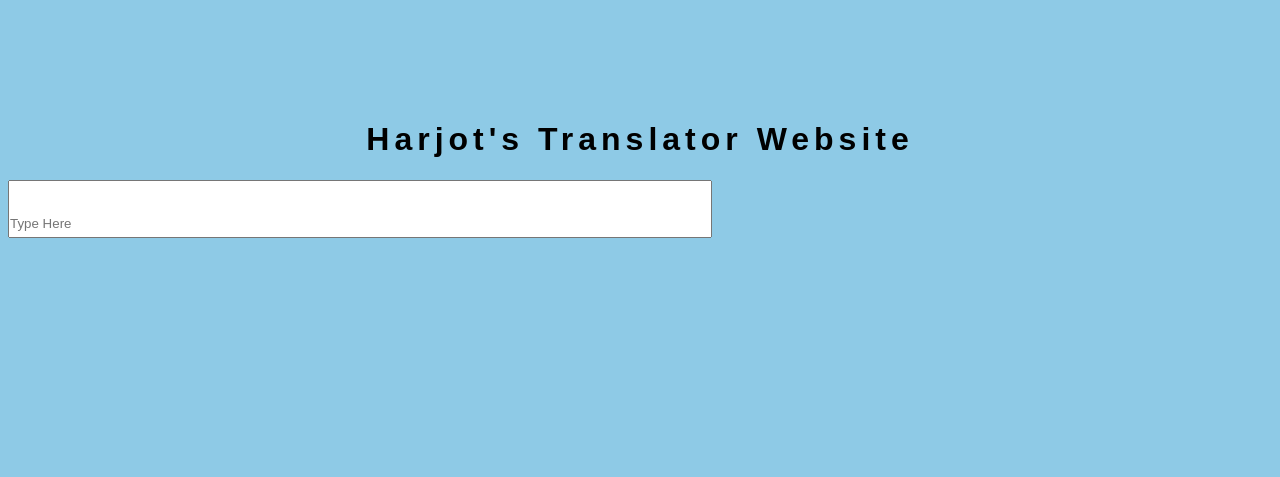
Repository: Harjot00/Pythonpractice
Page: Translator/homepage.html
An editor plug-in stored every save of this project. The page is shown before and after the next save, followed by the edit.
The browser window is 1280 px wide. The pictures show the whole page.
Some web fonts or font styles are not loaded; a fallback is used.

Above is the page before, as saved 2022-03-06 18:17:21.

### Translator/homepage.html
<!DOCTYPE html>
<html lang="en">
<head>
    <meta charset="UTF-8">
    <meta http-equiv="X-UA-Compatible" content="IE=edge">
    <meta name="viewport" content="width=device-width, initial-scale=1.0">
    <title>Harjot's Translator</title>
    <link rel="stylesheet" href="styles.css">
    <link href="http://fonts.cdnfonts.com/css/mrs-sheppards" rel="stylesheet">

</head>
<body>
    <h1 style = "font-family: 'Mrs Sheppards', sans-serif;letter-spacing: 5px;">Harjot's Translator Website</h1>
    <input type="text" id="entry" placeholder="Type Here"></input>
</body>
</html>

### Translator/styles.css
body{
    background-color: #8ECAE6;
    font-family: open sans;
}
h1{
    padding-top: 100px;
    text-align: center;
}
#entry{
    width: 500px;
    height: 24px;
    padding:30px 200px 0px 0px;
}

After the next save:
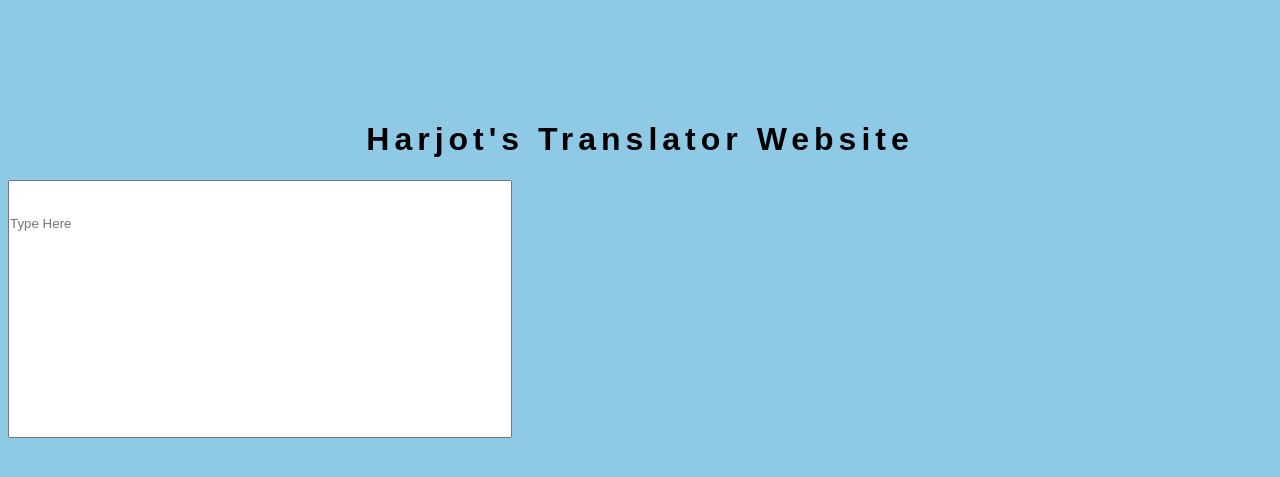
Saved 15 s later.
--- a/Translator/styles.css
+++ b/Translator/styles.css
@@ -9,5 +9,5 @@
 #entry{
     width: 500px;
     height: 24px;
-    padding:30px 200px 0px 0px;
+    padding:30px 0px 200px 0px;
 }
